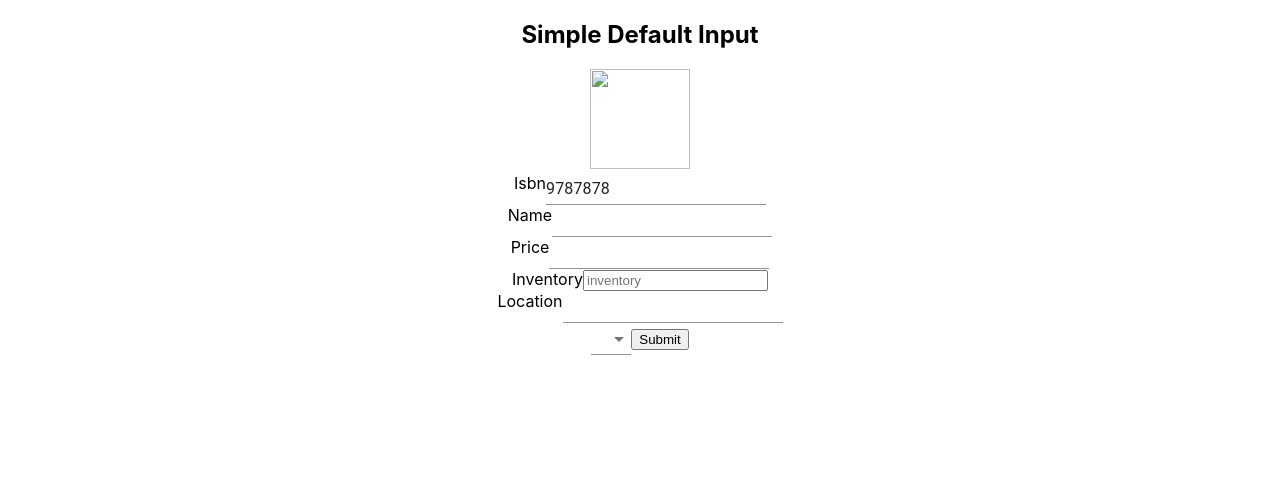
Repository: rishhabh-jain/isbndb
Page: /
The author's editor kept a copy of each file at every save. The page is drawn from the files as they stood at one save, then again after the next save.
The browser window is 1280 px wide. The pictures show the whole page.
The project was rebuilt for these pictures with package versions that can differ from the ones it lists, and the page was loaded fresh each time.

Above is the page before, as saved 2022-02-03 13:47:56.

After the next save:
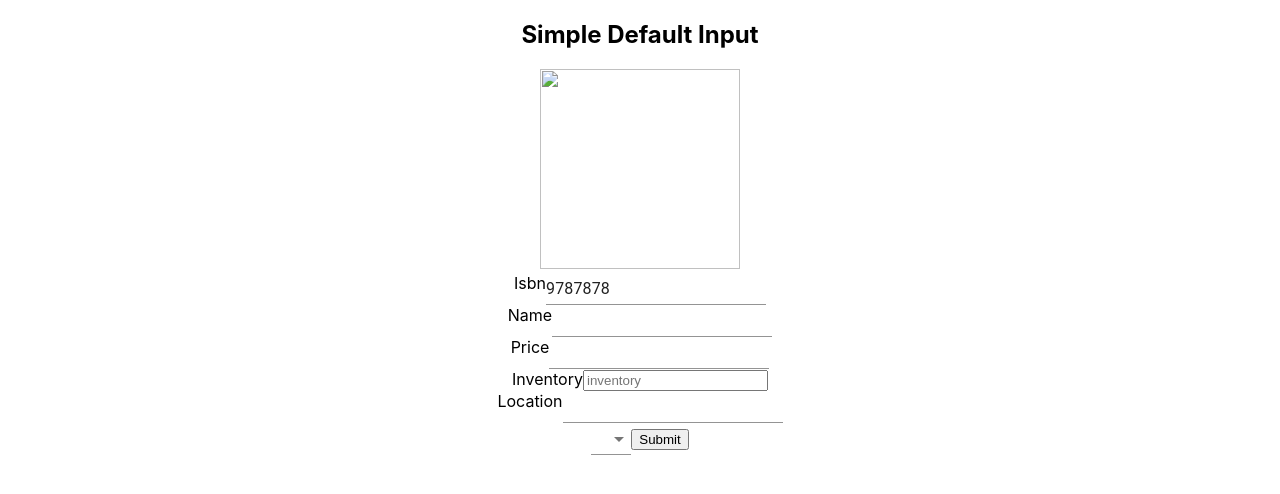
Saved 9 s later.
--- a/src/App.js
+++ b/src/App.js
@@ -61,8 +61,8 @@ function App() {
         <h2>Simple Default Input</h2>
         <img
         src={image}
-        height="100"
-        width="100"
+        height="200"
+        width="200"
         loading="lazy"
       />
         <div>
